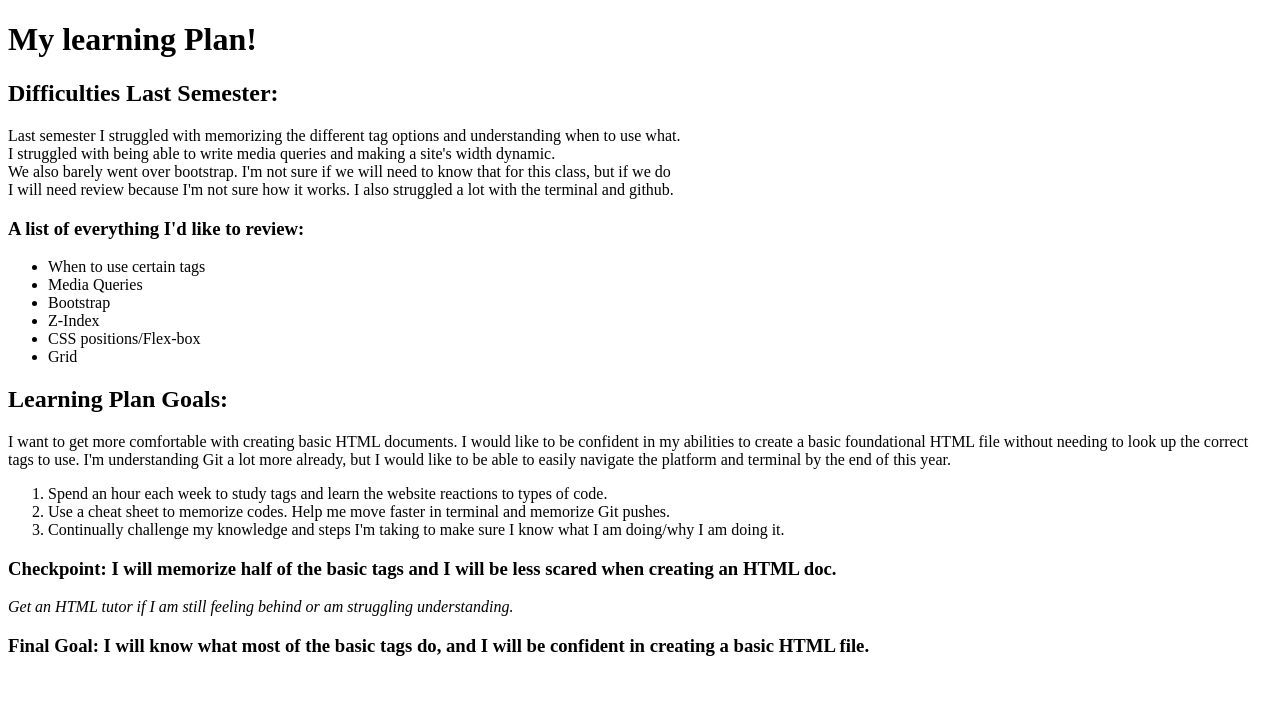
Repository: awollf/mdia-2109
Page: learning-plan.html
An editor plug-in stored every save of this project. The page is shown before and after the next save, followed by the edit.
The browser window is 1280 px wide. The pictures show the whole page.

Above is the page before, as saved 2026-01-26 12:17:22.

After the next save:
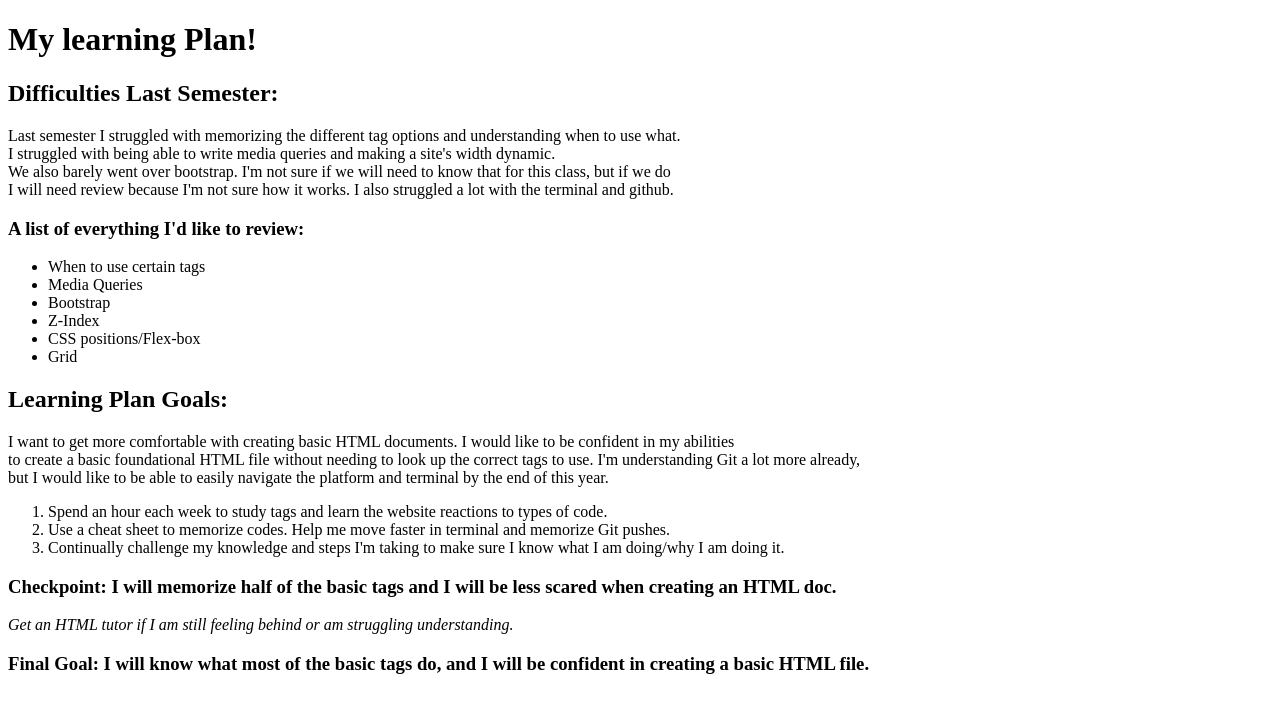
Saved 19 s later.
--- a/learning-plan.html
+++ b/learning-plan.html
@@ -27,8 +27,8 @@
 
     <h2>Learning Plan Goals:</h2>
     <p>I want to get more comfortable with creating basic HTML documents. I would like to be confident in my abilities
-    to create a basic foundational HTML file without needing to look up the correct tags to use. I'm understanding Git a lot more already,
-    but I would like to be able to easily navigate the platform and terminal by the end of this year. </p>
+    <br>to create a basic foundational HTML file without needing to look up the correct tags to use. I'm understanding Git a lot more already,
+    <br>but I would like to be able to easily navigate the platform and terminal by the end of this year. </p>
 
     <ol>
         <li>Spend an hour each week to study tags and learn the website reactions to types of code.</li>
